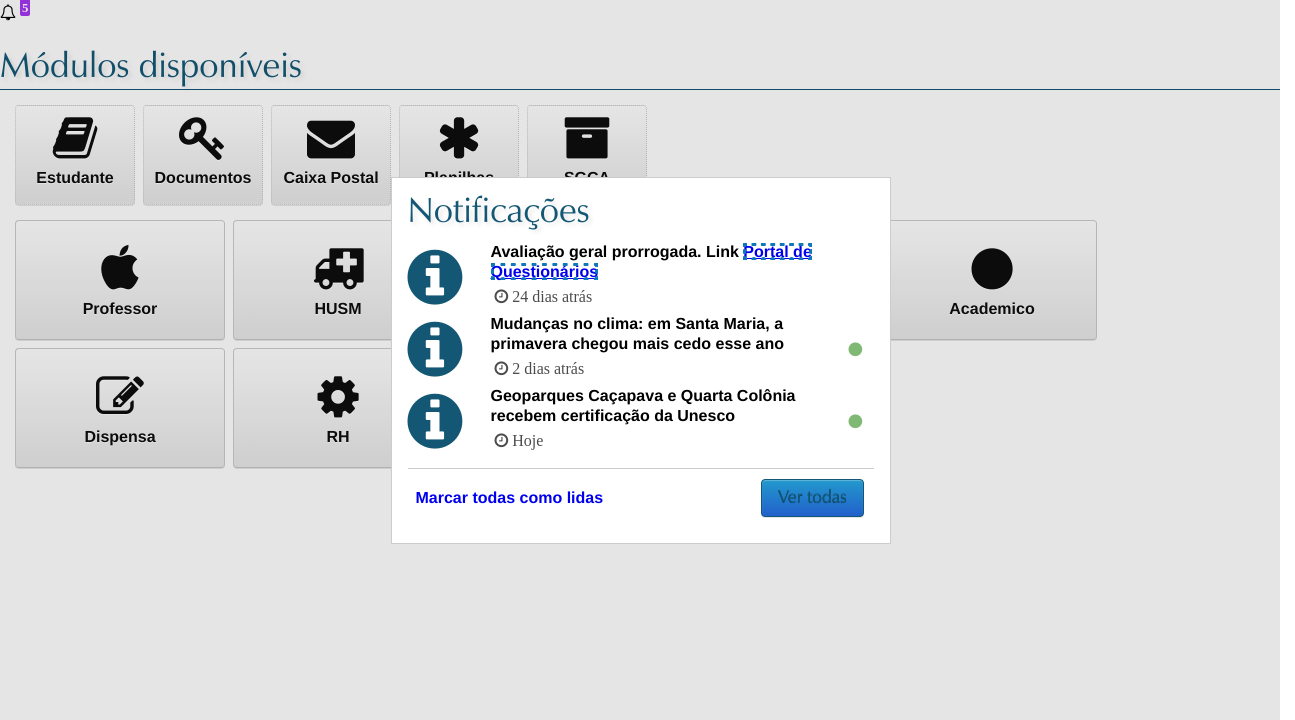
Repository: evertonagilar/study
Page: css/css-notificacao-dialog/index.html
An editor plug-in stored every save of this project. The page is shown before and after the next save, followed by the edit.
The browser window is 1280 px wide. The page is 1295 px wide, so the pictures cover 1295 px, including what lies to the right of the window. The pictures show the whole page.
After loading, the first visible `span.dashboard-notificacoes-button` was clicked once.

Above is the page before, as saved 2023-09-11 22:18:29.

### css/css-notificacao-dialog/index.html
<!DOCTYPE html>
<html lang="en">

<head>
    <meta charset="UTF-8">
    <meta name="viewport" content="width=device-width, initial-scale=1.0">
    <title>Aula CSS GRID</title>
    <link rel="stylesheet" href="css/cpd.css">
    <link rel="stylesheet" href="css/style.css">
</head>

<body>
    <span class="dashboard-notificacoes-button icon-bell">
        <sup>5</sup>
    </span>

    <dialog class="dashboard-notificacoes">
        <h2 class="h2 primary text-shadowed margin-bottom">
            Notificações
        </h2>
        <div class="notificacao-list">
            <div class="notificacao" data-id="1">
                <span class="notificacao-icon-type icon-info-sign"></span>
                <div class="notificacao-message">
                    <span class="notificacao-message-text">Avaliação geral prorrogada. Link <a href="#">Portal de
                            Questionários</a></span>
                    <span class="notificacao-message-date icon-time"> 24 dias atrás</span>
                </div>
                <span class="notificao-lida-mark"></span>
            </div>
            <div class="notificacao" data-id="1">
                <span class="notificacao-icon-type icon-info-sign"></span>
                <div class="notificacao-message">
                    <span class="notificacao-message-text">Mudanças no clima: em Santa Maria, a primavera chegou mais
                        cedo esse ano</span>
                    <span class="notificacao-message-date icon-time"> 2 dias atrás</span>
                </div>
                <span class="notificao-lida-mark icon-circle"></span>
            </div>
            <div class="notificacao" data-id="1">
                <span class="notificacao-icon-type icon-info-sign"></span>
                <div class="notificacao-message">
                    <span class="notificacao-message-text">Geoparques Caçapava e Quarta Colônia recebem certificação da Unesco</span>
                    <span class="notificacao-message-date icon-time"> Hoje</span>
                </div>
                <span class="notificao-lida-mark icon-circle"></span>
            </div>
        </div>
        <div class="notificacao-buttons">
            <a class="notificacao-marcar-todas" href="#">Marcar todas como lidas</a>
            <span class="btn primary notificacao-ver-todas">Ver todas</span>
        </div>
    </dialog>

    <h2 class="h2 primary stroked-bottom text-shadowed margin-bottom">
        Módulos disponíveis
    </h2>


    <div class="dashboard-container-favorito">
        <div class="portal">
            <span class="portal-icon icon-book"></span>
            <h3 class="portal-label">Estudante</h3>
        </div>
        <div class="portal">
            <span class="portal-icon icon-key"></span>
            <h3 class="portal-label">Documentos</h3>
        </div>
        <div class="portal">
            <span class="portal-icon icon-envelope"></span>
            <h3 class="portal-label">Caixa Postal</h3>
        </div>
        <div class="portal">
            <span class="portal-icon icon-asterisk"></span>
            <h3 class="portal-label">Planilhas</h3>
        </div>
        <div class="portal">
            <span class="portal-icon icon-archive"></span>
            <h3 class="portal-label">SGCA</h3>
        </div>

    </div>

    <div class="dashboard-container">
        <div class="portal">
            <span class="portal-mini-button fa fa-chain"></span>
            <span class="portal-icon icon-apple"></span>
            <h3 class="portal-label">Professor</h3>
        </div>

        <div class="portal">
            <span class="portal-icon icon-ambulance"></span>
            <h3 class="portal-label">HUSM</h3>
        </div>

        <div class="portal">
            <span class="portal-icon icon-user"></span>
            <h3 class="portal-label">Usuario</h3>
        </div>

        <div class="portal">
            <span class="portal-icon icon-calendar"></span>
            <h3 class="portal-label">Agendamento</h3>
        </div>

        <div class="portal">
            <span class="portal-icon icon-circle"></span>
            <h3 class="portal-label">Academico</h3>
        </div>

        <div class="portal">
            <span class="portal-icon icon-edit"></span>
            <h3 class="portal-label">Dispensa</h3>
        </div>

        <div class="portal">
            <span class="portal-icon icon-cog"></span>
            <h3 class="portal-label">RH</h3>
        </div>

        <div class="portal">
            <span class="portal-icon icon-code-fork"></span>
            <h3 class="portal-label">Projetos</h3>
        </div>

        <div class="portal">
            <span class="portal-icon icon-file-alt"></span>
            <h3 class="portal-label">Biblioteca</h3>
        </div>

    </div>
</body>


<script>

    document.addEventListener("DOMContentLoaded", function () {

        /* Cards */
        const botao = document.querySelectorAll('.portal');
        botao.forEach(btn => {
            const miniButton = btn.querySelector('.portal-mini-button');

            btn.addEventListener('click', () => {
                alert('botao clicked');
            });

            btn.addEventListener('mouseenter', () => {
                if (miniButton) {
                    miniButton.style.visibility = 'visible';
                }
            });

            btn.addEventListener('mouseleave', () => {
                if (miniButton) {
                    miniButton.style.visibility = 'hidden';
                }
            });

        });

        /* Mini Button */
        const miniButtons = document.querySelectorAll('.portal-mini-button');
        miniButtons.forEach(btn => {
            const parentButton = btn.closest('.portal');

            btn.addEventListener("click", (event) => {
                event.stopPropagation();
                alert('mini-button clicked');
            });

            btn.addEventListener("mouseenter", (event) => {
                // alert('mouse enter');
                // parentButton.style.pointerEvents = 'none';

            });

            btn.addEventListener("mouseleave", (event) => {
                // alert('mouse leave');
                // parentButton.style.pointerEvents = 'auto';
            })

        });


        /* Notifications */
        document.querySelector('.dashboard-notificacoes-button').addEventListener("click", (event) => {
            const dialog = document.querySelector('.dashboard-notificacoes');
            dialog.showModal();
        });

        document.querySelector('.dashboard-notificacoes-button').addEventListener("mouseenter", (event) => {
            const dialog = document.querySelector('.dashboard-notificacoes');
            dialog.show();
        });

        document.querySelector('.dashboard-notificacoes-button').addEventListener("mouseleave", (event) => {
            const dialog = document.querySelector('.dashboard-notificacoes');
            dialog.close();
        });


    });



</script>



</html>

### css/css-notificacao-dialog/css/style.css

.dashboard-container {
    width: 100%;
    height: 100%;
    display: flex;
    flex-direction: row;
    flex-wrap: wrap;
    gap: 8px;
    align-items: stretch; /* Centraliza verticalmente */
    justify-content: stretch;
    margin: 15px;
    @media screen and (max-width:34.999999em){
        width: 94%;
    }
}

.dashboard-container-favorito {
    width: 100%;
    height: 100%;
    display: flex;
    flex-direction: row;
    flex-wrap: nowrap;
    gap: 8px;
    align-items: stretch; /* Centraliza verticalmente */
    justify-content: stretch;
    margin: 15px;
}

.portal {
    position: relative;
    cursor: pointer;
    text-align: center;
    --border-radius:.25rem;
    --border-radius-top-left:.25rem;
    --border-radius-top-right:.25rem;
    --border-radius-bottom-right:.25rem;
    --border-radius-bottom-left:.25rem;
    --border-radius-top:.25rem;
    --border-radius-left:.25rem;
    --border-radius-right:.25rem;
    --border-radius-bottom:.25rem;
    border-radius:.25rem;
    border:.065rem solid #ccc;
    border-bottom:.065rem solid #c5c5c5;
    border-right:.065rem solid #cacaca;
    color:#0d0d0d;
    text-shadow:0 .065em 0 #fff;
    box-shadow:0 .065em 0 rgba(0,0,0,0.1),0 .065em .065em 0 rgba(255,255,255,0.3) inset;
    background-image:linear-gradient(to bottom, #fff, #e6e6e6);
    padding: 24px;
    width: 210px;
    height: 120px;
    @media screen and (max-width:34.999999em){
        width: 100%;
    }
}


.portal:hover {
    background:#e6e6e6;
    transition: all .35s ease-in-out;
    box-shadow: 0 .065rem 0 rgba(0,0,0,0.15);
}

.portal:active {
    background:none;
    box-shadow:0 .065em 0 rgba(0,0,0,0.1),.08em .125em .25em rgba(0,0,0,0.3) inset;
    background-color:#f3f3f3;
    transition:none
}

.portal:focus {
    box-shadow:0 0 .5em .25em rgba(205,205,205,0.85)
}

.portal-icon {
    font-size: 3em;
}

.portal-label {
    font-weight: bold;
    margin-top: 6px;
}

.dashboard-container-favorito .portal {
    padding: 8px;
    height: 100px;
    width: 120px;
    @media screen and (max-width:798px) {
        width: auto;
    }
    border-style: dotted;
}

.portal-mini-button {
    position: absolute;
    top: 0;
    right: 0;
    border: none;
    padding: 6px;
    z-index: 100;
    visibility: hidden;
}

.portal-mini-button:hover {
    background-color:#f3f3f3;
    border-radius:.25rem;
    border:.065rem solid #ccc;
    border-bottom:.065rem solid #c5c5c5;
    border-right:.065rem solid #cacaca;
    color:#0d0d0d;
    color: brown;
 }

 .portal-mini-button:active {
    background:none;
    box-shadow:0 .065em 0 rgba(0,0,0,0.1),.08em .125em .25em rgba(0,0,0,0.3) inset;
    background-color:#f3f3f3;
    transition:none
}

.portal-mini-button:focus {
    box-shadow:0 0 .5em .25em rgba(205,205,205,0.85)
}

/* Notificações */

.dashboard-notificacoes-button {
    position: relative;
    cursor: pointer;
}


.dashboard-notificacoes {
    position: absolute;
    left: 1px;
    top: 1px;
    width: 500px;
    transition: all .2s ease;
    z-index: 200;
    border: 1px solid #ccc;
    pad: ;


}

.dashboard-notificacoes-button sup {
    color: #fff;
    background-color: #a435f0;
    padding: 2px;
    font-weight: bold;
    border-radius: 2px;
    font-size: .8em !important;
}

.notificacao-list {
    display: flex;
    flex-direction: column;
    gap: 2px;
}

.notificacao {
    display: flex;
    flex-direction: row;
    justify-content: flex-start;
    align-items: center;
    gap: 8px;
    flex-wrap: wrap;

}

.notificacao-message {
    display: flex;
    flex-direction: column;
    align-items: flex-start;
    font-weight: bold;
}

.notificacao-icon-type {
    font-size: 64px;
    width: 75px;
    color: #135775;
}

.notificacao-message-text {
    font-weight: 900;
    width: 350px;
}

.notificacao-message-date {
    font-weight: 300;
    padding: 6px 4px;
    color: #4c4c4c;
}

.notificao-lida-mark {
    color: hsla(109, 90%, 27%, 0.565);
}

.notificacao-buttons {
    display: flex;
    justify-content: space-between;
    align-items: center;
    border-top: .065rem solid #ccc;
    margin-top: 12px;
    padding: 8px;
}

.notificacao-marcar-todas {
    font-weight: bold;
    text-decoration: none;
}

Loaded but not shown: css/css-notificacao-dialog/css/cpd.css (library)

After the next save:
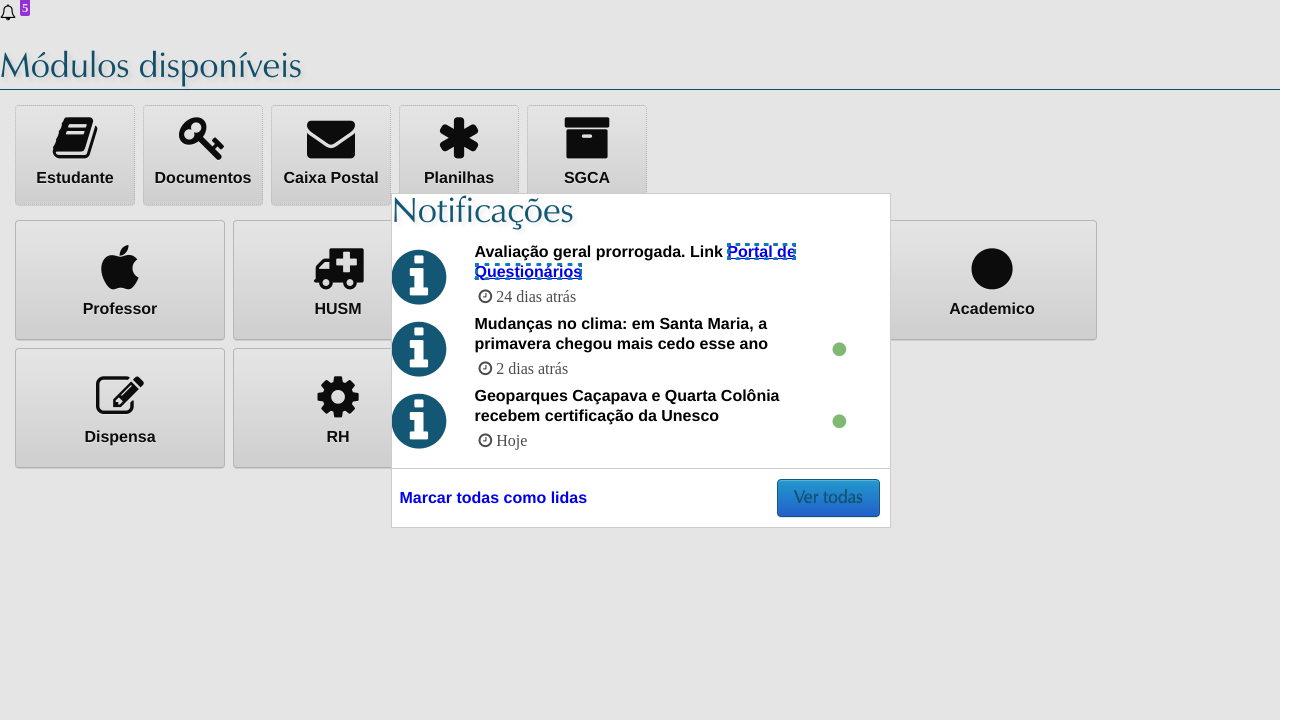
Saved 5 s later.
--- a/css/css-notificacao-dialog/css/style.css
+++ b/css/css-notificacao-dialog/css/style.css
@@ -139,7 +139,7 @@
     transition: all .2s ease;
     z-index: 200;
     border: 1px solid #ccc;
-    pad: ;
+    padding: 0;
 
 
 }
